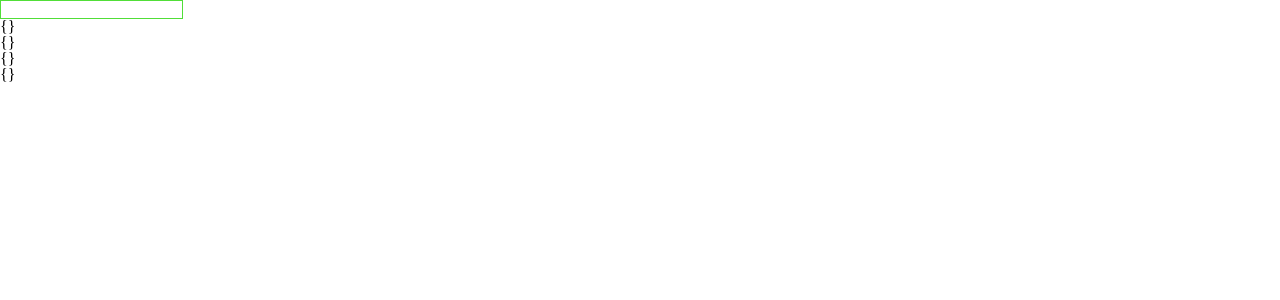
Repository: masanarimiura/20220617_miura
Page: search.html
The author's editor kept a copy of each file at every save. The page is drawn from the files as they stood at one save, then again after a run of saves.
The browser window is 1280 px wide. The pictures show the whole page.

Above is the page before, as saved 2022-06-17 20:20:28.

After the next 2 saves:
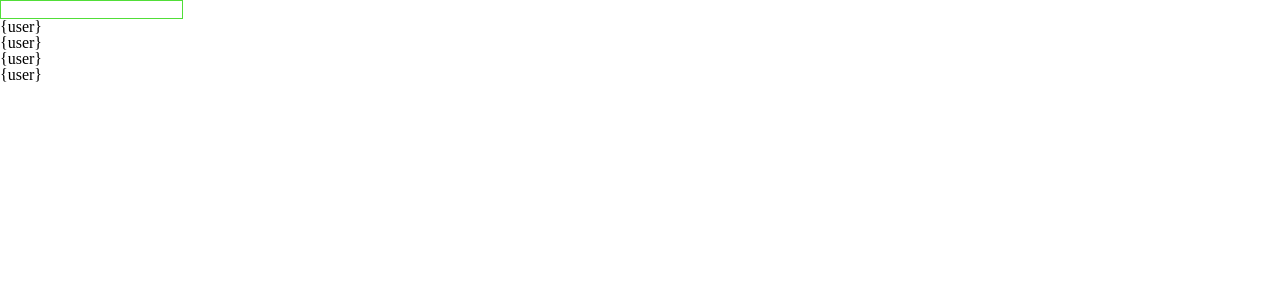
The 2 saves are shown as one change because they came seconds apart.
The last was saved 9 s later.
--- a/search.html
+++ b/search.html
@@ -185,7 +185,7 @@
     <div>
       <input type="text" v-model="keyword" class="search-box">
     </div>
-    <p v-for="user in users" :key="user.id">{}</p>
+    <p v-for="user in users" :key="user.id">{user}</p>
   </div>
 
   <script>
